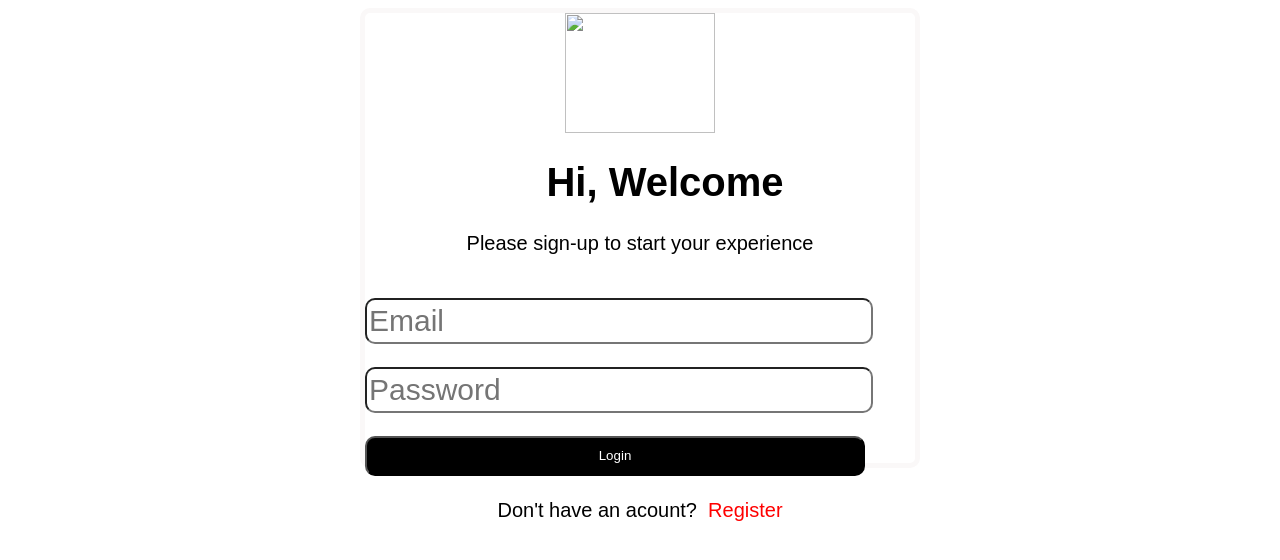
Repository: KingBoyMaylow/movie-task
Page: 2index.html
These files come from the project's save history. The page is drawn as it stood at one moment and after a run of saves; the edit follows.
The browser window is 1280 px wide. The pictures show the whole page.

Above is the page before, as saved 2024-05-20 14:09:12.

After the next 2 saves:
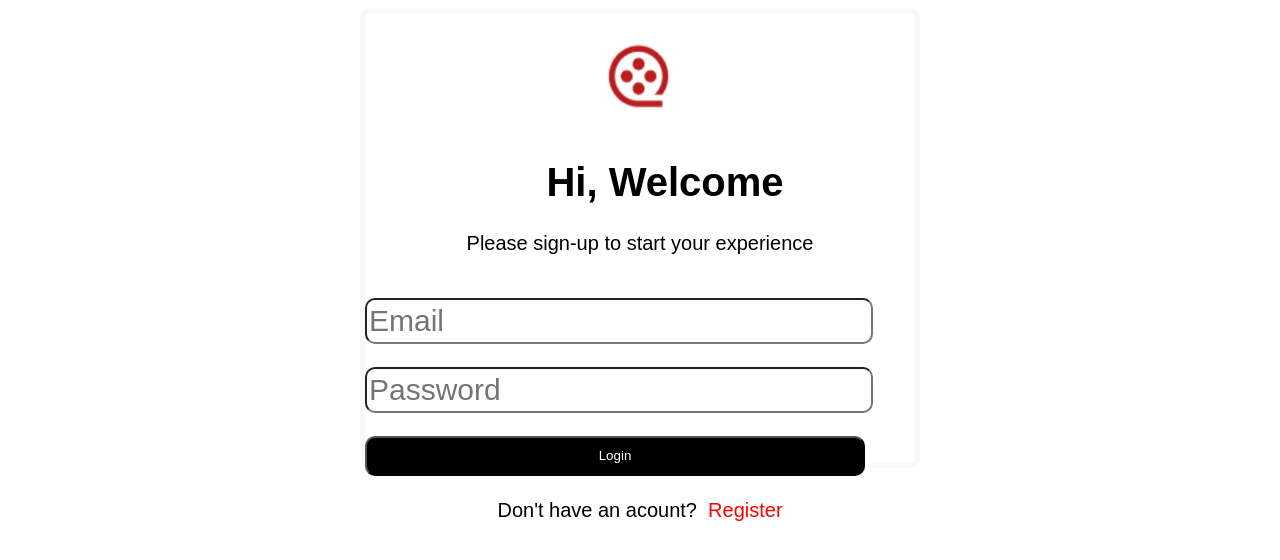
The 2 saves are shown as one change because they came seconds apart.
The last was saved 6 s later.
--- a/2index.html
+++ b/2index.html
@@ -8,7 +8,7 @@
 </head>
 <body>
     <div class="div2">
-      <img src="" alt="">
+      <img src="WhatsApp Image 2024-05-20 at 13.51.03_2167d28e.jpg" alt="">
     <h1>Hi, Welcome</h1>
   <h3>Please sign-up to start your experience</h3>
 
